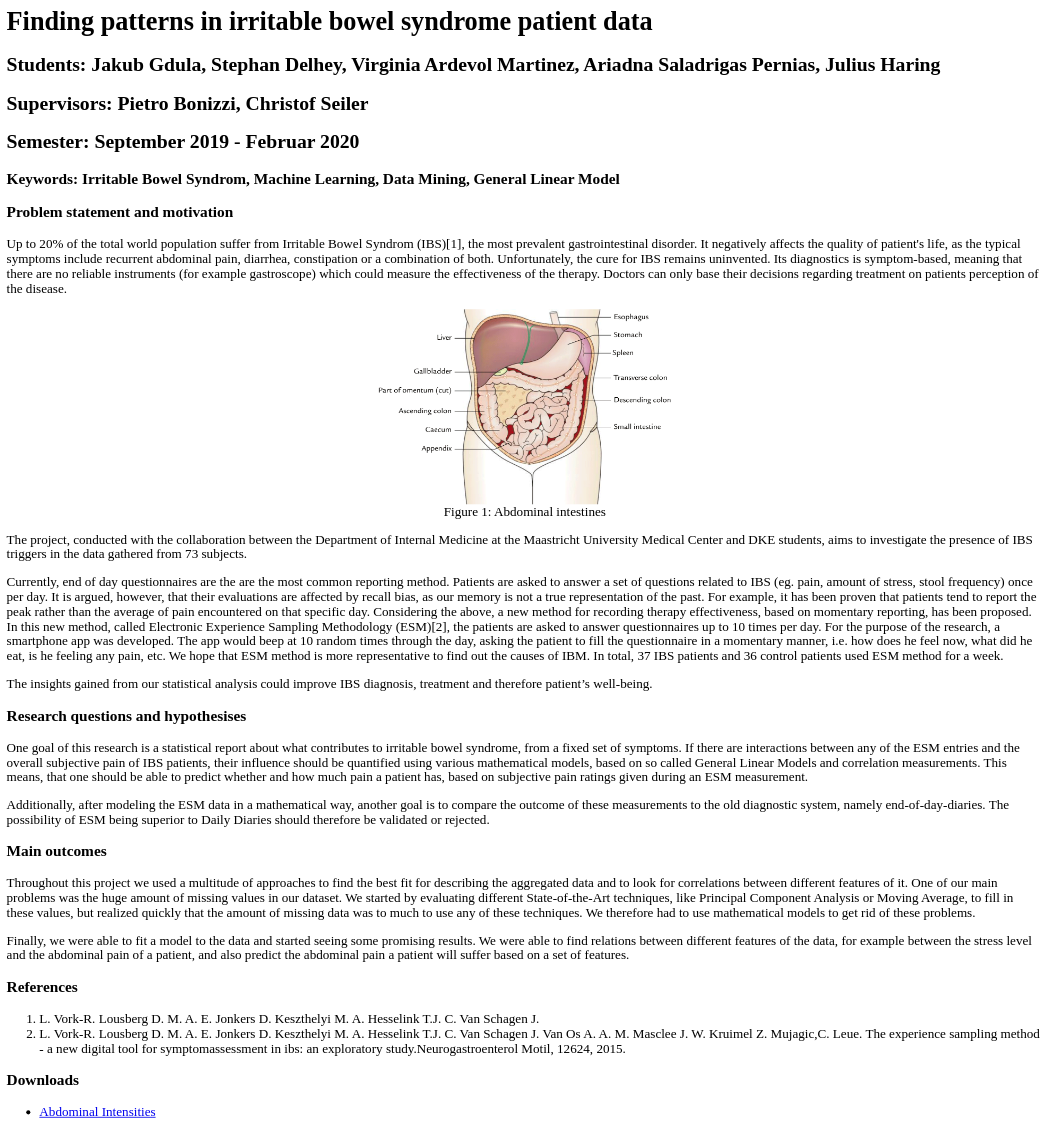
Repository: JuliusHaring/ESM
Page: laymen.html
The author's editor kept a copy of each file at every save. The page is drawn from the files as they stood at one save, then again after the next save.
The browser window is 1280 px wide. The pictures show the whole page, at 82% of full size.

Above is the page before, as saved 2019-11-25 15:02:47.

After the next save:
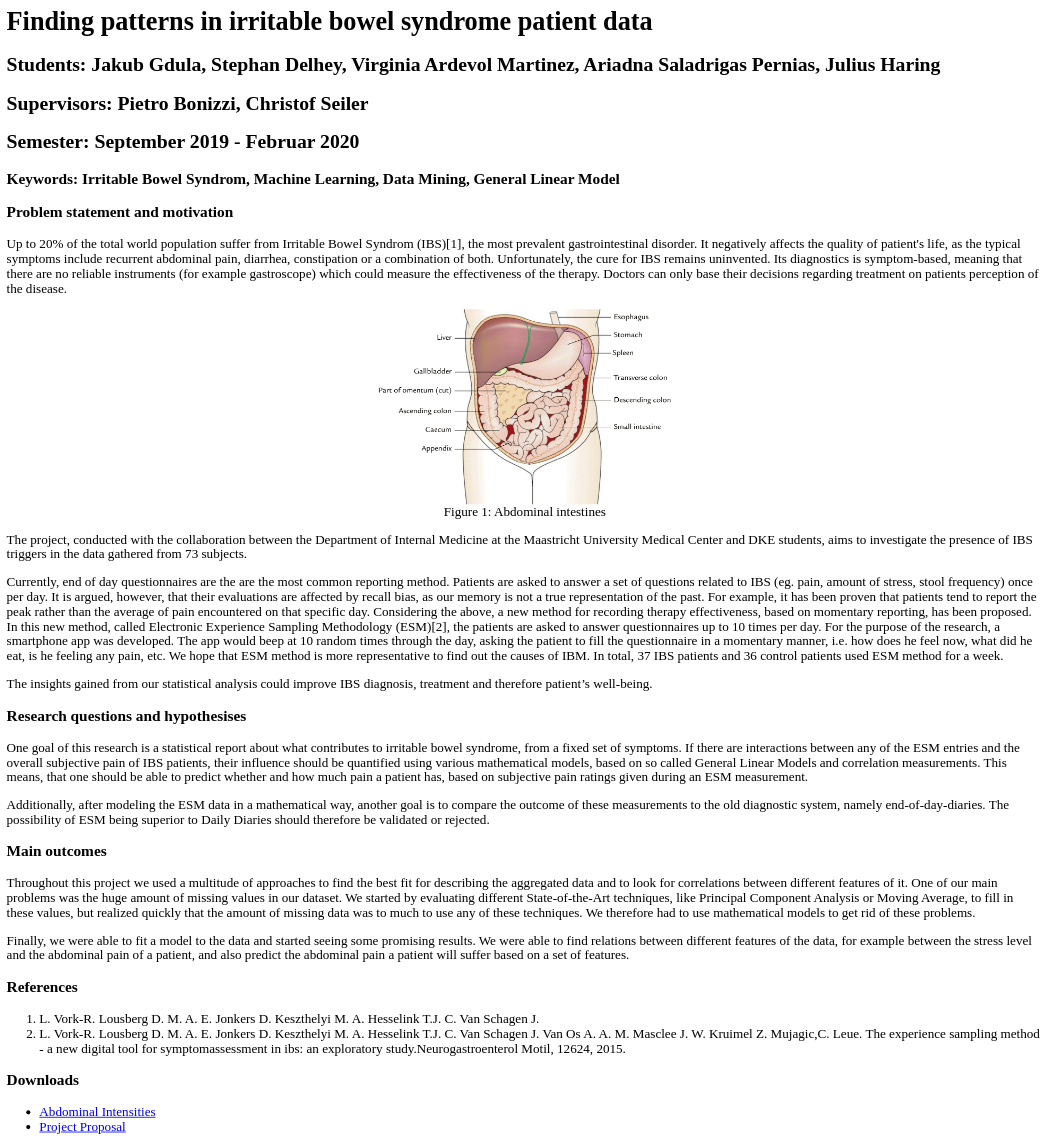
Saved 2 min 9 s later.
--- a/laymen.html
+++ b/laymen.html
@@ -37,6 +37,7 @@
         <h3>Downloads</h3>
         <ul>
             <li><a href="abdominal-cavity.png" target="_blank">Abdominal Intensities</a></li>
+            <li><a href="MRP_Proposal_Pietro.pdf" target="_blank">Project Proposal</a></li>
         </ul>
     </BODY>
 </HTML>
